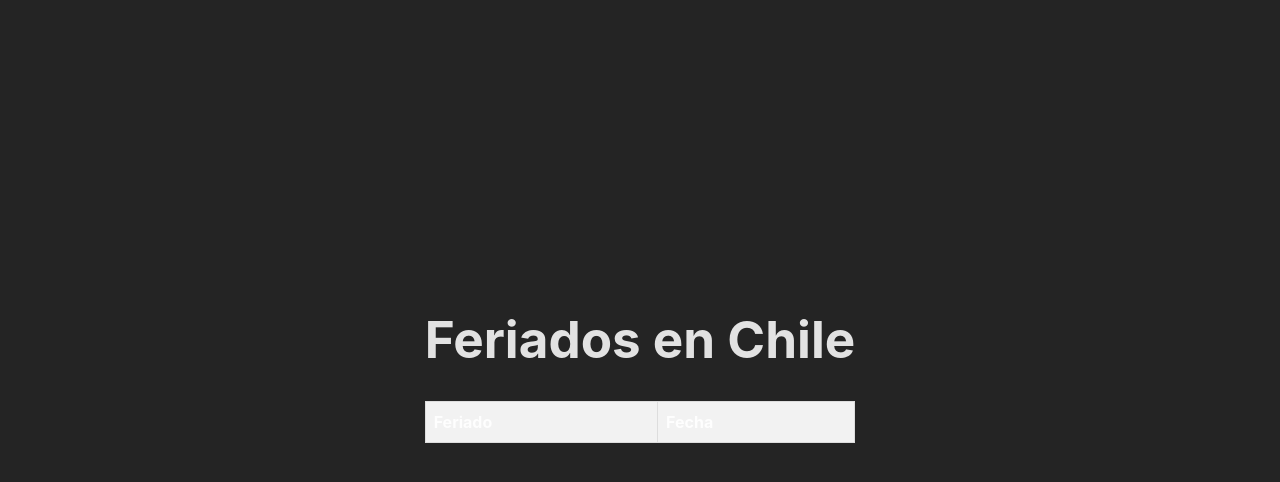
Repository: cvalenciapatagonia/Desafio-4-React-I
Page: /
An editor plug-in stored every save of this project. The page is shown before and after the next save, followed by the edit.
The browser window is 1280 px wide. The pictures show the whole page.
The page's requests for data from a server got no answer. The project was rebuilt for these pictures with package versions that can differ from the ones it lists, and the page was loaded fresh each time. No one was signed in, and anything a server would have sent is missing. Also part of the build but not shown: vite.config.js.

Above is the page before, as saved 2023-09-07 13:08:27.

### index.html
<!doctype html>
<html lang="en">
  <head>
    <meta charset="UTF-8" />
    <link rel="icon" type="image/svg+xml" href="/vite.svg" />
    <meta name="viewport" content="width=device-width, initial-scale=1.0" />
    <title>Desafio 4 React I</title>
  </head>
  <body>
    <div id="root"></div>
    <script type="module" src="/src/main.jsx"></script>
  </body>
</html>

### src/App.jsx
import React from 'react';
import './App.css';
import MiApi from './components/MiApi'; // Importa el componente MiApi

function App() {
  return (
    <div className="App">
      <MiApi apiURL="https://api.victorsanmartin.com/feriados/en.json" /> {/* Pasa la URL de la API como prop al componente MiApi */}
    </div>
  );
}

export default App;














































// function App() {

//   return (
//     <>
//       <h1>Hola</h1>

//     </>
//   )
// }

// export default App

//? EJEMPLO CONTADOR CON SIDE EFFECT

// import { useState, useEffect } from 'react'
// import './App.css'
// function App() {
// const [count, setCount] = useState(0)
// // Similar to componentDidMount and componentDidUpdate:
// useEffect(() => {
// // Update the document title using the browser API
// document.title = `You clicked ${count} times`
// })
// return (
// <>
// <p>You clicked {count} times</p>
// <button onClick={() => setCount(count + 1)}>Click me</button>
// </>
// )
// }
// export default App

//? EJEMPLO SIN SIDE EFFECT

// import { useState, useEffect } from 'react'
// function App() {
// const [nombre, setNombre] = useState("");
// useEffect(() => {
//     console.log("hola")
//     }, [])

// return (
// <div className="App">
// <h1>Manejo de efectos en react</h1>
// <form>
// <input
// type="text"
// placeholder="nombre"
// name={nombre}
// value={nombre}
// onChange={(e) => setNombre(e.target.value)}
// />
// </form>
// </div>
// );
// }
// export default App

//? EJEMPLO API GOT

// import { useState, useEffect } from "react";
// import "bootstrap/dist/css/bootstrap.min.css";


// function App() {
// // 3 - info guardará los valores traídos desde la API
// const [info, setInfo] = useState([]);
// // 2 - Llamamos a la función consultarApi al momento de montar el componente
// useEffect(() => {
// consultarApi();
// }, []);
// // 1 - Función que consulta la API
// const consultarApi = async () => {
// const url = "https://api.gameofthronesquotes.xyz/v1/random";
// const response = await fetch(url);
// const data = await response.json();
// setInfo(`${data.sentence} - ${data.character.name}`); // Con setInfo actualizamos el estado
// };
// return (
// <>
// {/* Mostramos la info */}
// {info}
// </>
// );
// }
// export default App;

//? EJEMPLO USEREF (evita una nueva renderizacion de componenta, tal como lo hace use state)

// import { useRef} from 'react'
// import { useEffect } from "react";

// import './App.css'
// import "bootstrap/dist/css/bootstrap.min.css";

// function App() {
// // Creamos una referencia utilizando useRef() y la asignamos a la
// // constante inputRef, esta referencia permitirá acceder al elemento del DOM correspondiente al campo de entrada
// const inputRef = useRef()
// useEffect(() => {
//     // Dentro de esta función, llamamos a la referencia inputRef.current
// // para tener acceso directo al elemento actual al que se está haciendo referencia e invocamos al método focus()
// inputRef.current.focus();
// }, []);
// return (
// <>
// <h1>Ejemplo useRef - Focus automático</h1>
// {/* // El atributo ref={inputRef} asigna la referencia al campo de entrada, esto permitirá acceder a él y aplicar el enfoque. */}
// <input type="text" placeholder="Nombre" ref={inputRef}/>
// <input type="text" placeholder="Correo electrónico" />
// <input type="text" placeholder="Teléfono" />
// </>
// )
// }
// export default App;

//? DOM VIRTUAL

//? MANEJO DE EFECTOS

### src/index.css
:root {
  font-family: Inter, system-ui, Avenir, Helvetica, Arial, sans-serif;
  line-height: 1.5;
  font-weight: 400;

  color-scheme: light dark;
  color: rgba(255, 255, 255, 0.87);
  background-color: #242424;

  font-synthesis: none;
  text-rendering: optimizeLegibility;
  -webkit-font-smoothing: antialiased;
  -moz-osx-font-smoothing: grayscale;
  -webkit-text-size-adjust: 100%;
}

a {
  font-weight: 500;
  color: #646cff;
  text-decoration: inherit;
}
a:hover {
  color: #535bf2;
}

body {
  margin: 0;
  display: flex;
  place-items: center;
  justify-content: center;
  min-width: 320px;
  min-height: 100vh;
}

h1 {
  font-size: 3.2em;
  line-height: 1.1;
}

table {
  width: 100%;
  border-collapse: collapse;
}

table th, table td {
  text-align: start;
  padding: 8px;
  border: 1px solid #ddd;
}

/* Estilos adicionales si los necesitas */
table th {
  background-color: #f2f2f2;
  font-weight: bold;
}

### src/components/MiApi.jsx
import React, { useEffect, useState } from 'react';

function MiApi({ apiURL }) {
  const [holidays, setHolidays] = useState([]);

  useEffect(() => {
    // Realizar una solicitud GET a la API de feriados de Chile
    fetch(apiURL)
      .then((response) => response.json())
      .then((data) => {
        if (data.status === 'success') {
          setHolidays(data.data);
        }
      })
      .catch((error) => {
        console.error('Error al obtener datos de la API de feriados de Chile:', error);
      });
  }, [apiURL]); // Agrega apiURL como una dependencia

  return (
    <div className="MiApi">
      <h1>Feriados en Chile</h1>
      <table>
        <thead>
          <tr>
            <th style={{ textAlign: 'start' }}>Feriado</th> {/* Aplica estilo para alinear el texto a la izquierda */}
            <th>Fecha</th>
          </tr>
        </thead>
        <tbody>
          {holidays.map((holiday) => (
            <tr key={holiday.date}>
              <td style={{ textAlign: 'start' }}>{holiday.title}</td> {/* Aplica estilo para alinear el texto a la izquierda */}
              <td>{holiday.date}</td>
            </tr>
          ))}
        </tbody>
      </table>
    </div>
  );
}

export default MiApi;

Loaded but not shown: src/main.jsx (common file); src/App.css (common file)

After the next save:
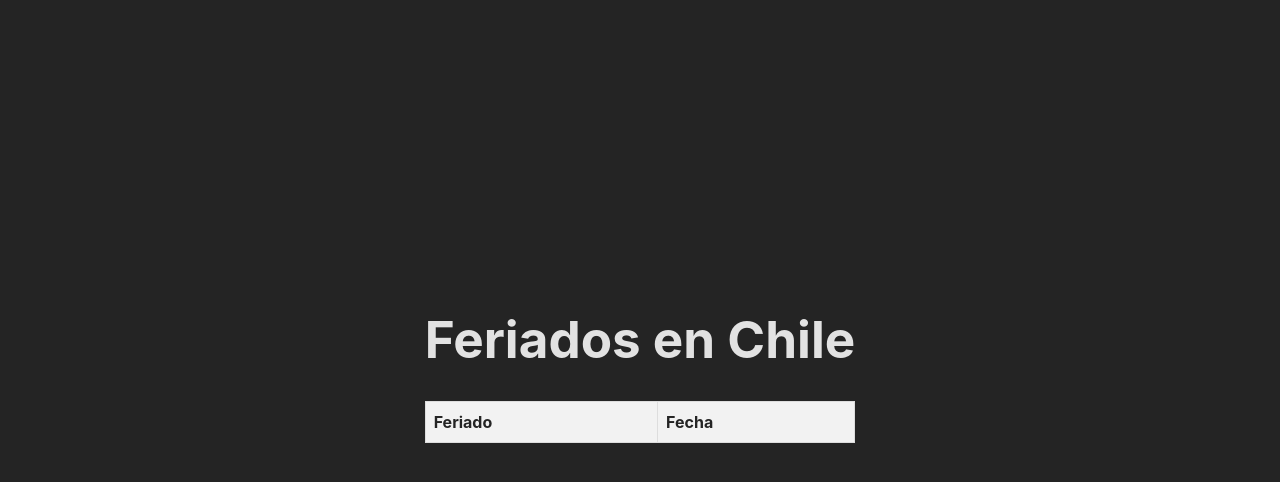
Saved 6 s later.
--- a/src/index.css
+++ b/src/index.css
@@ -51,5 +51,6 @@
 /* Estilos adicionales si los necesitas */
 table th {
   background-color: #f2f2f2;
+  color: #242424;
   font-weight: bold;
 }

After the save that followed:
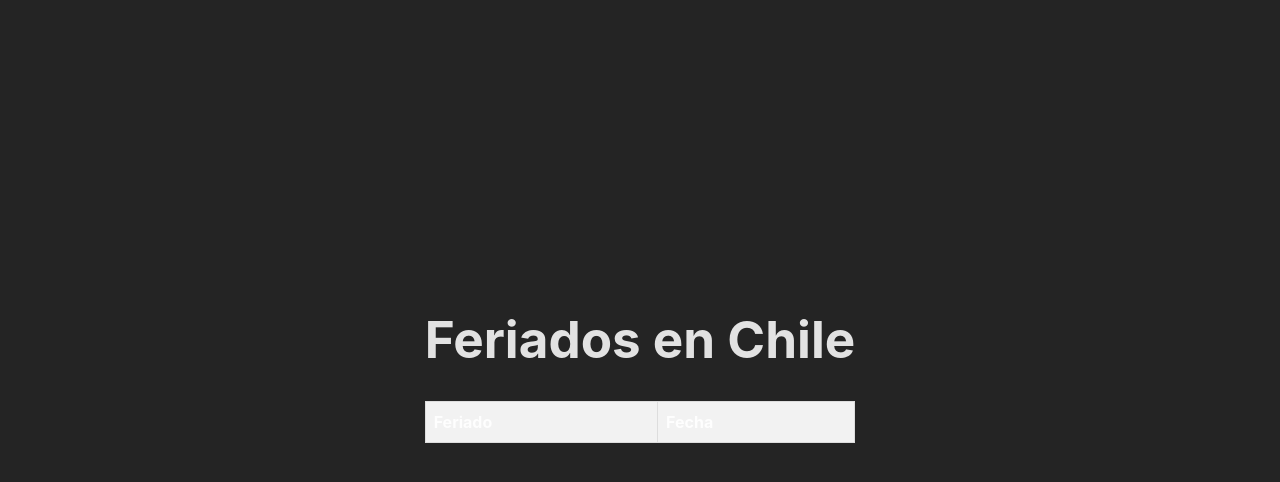
Saved 20 s later.
--- a/src/index.css
+++ b/src/index.css
@@ -51,6 +51,6 @@
 /* Estilos adicionales si los necesitas */
 table th {
   background-color: #f2f2f2;
-  color: #242424;
+  color: ;
   font-weight: bold;
 }
